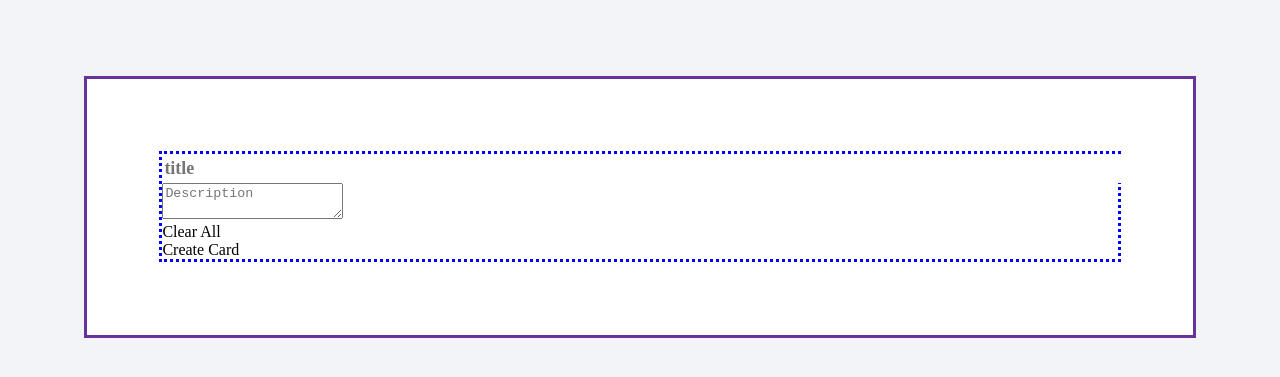
Repository: ReyhanehRahmani/TO-DO
Page: index.html
The author's editor kept a copy of each file at every save. The page is drawn from the files as they stood at one save, then again after the next save.
The browser window is 1280 px wide. The pictures show the whole page.

Above is the page before, as saved 2025-06-07 22:19:27.

### index.html
<!DOCTYPE html>

<html lang="en">

    <head>

        <meta name="viewport" content="width=device-width, initial-scale=1.0" />

        <title>TO-DO</title>

        <link rel="icon" type="image/jpg" href="favicon.png">

        <link rel="stylesheet" href="style.css">

    </head>
    <body>
        <div id="main-card">
            <div id="content">
                <div id="title">
                    <input type="text" id="titlebox" minlength="3" maxlength="30" placeholder="title">
                </div>
                <div id="description">
                    <textarea type="text" id="descriptionbox" maxlength="200" placeholder="Description"></textarea>
                </div>
                <div id="buttons">
                    <div id="clear">Clear All</div>
                    <div id="creat">Create Card</div>
                </div>
            </div>
        </div>
    </body>

### style.css
body{
    background-color: #F2F4F7;
}



#main-card{
    margin-left: 6%;
    margin-right: 6%;
    margin-top: 6%;
    background-color: #FFFFFF;
    border: solid rebeccapurple;
}

#content{
    margin-right: 6.557377049%;
    margin-left: 6.557377049%;
    margin-top: 6.557377049%;
    margin-bottom: 6.557377049%;
    border: dotted blue;
}

#titlebox{
    font-family: Poppins;
    font-weight: 700;
    font-size: 18px;
    line-height: 150%;
    letter-spacing: -2%;
    border: none;
    width: 100%;
}

After the next save:
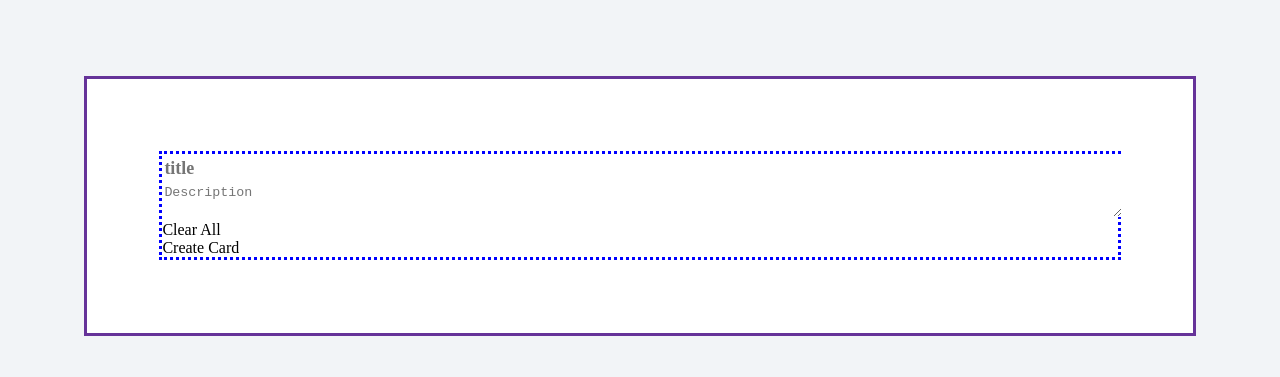
Saved 5 s later.
--- a/style.css
+++ b/style.css
@@ -29,3 +29,8 @@ body{
     border: none;
     width: 100%;
 }
+
+#descriptionbox{
+    border: none;
+    width: 100%;
+}
